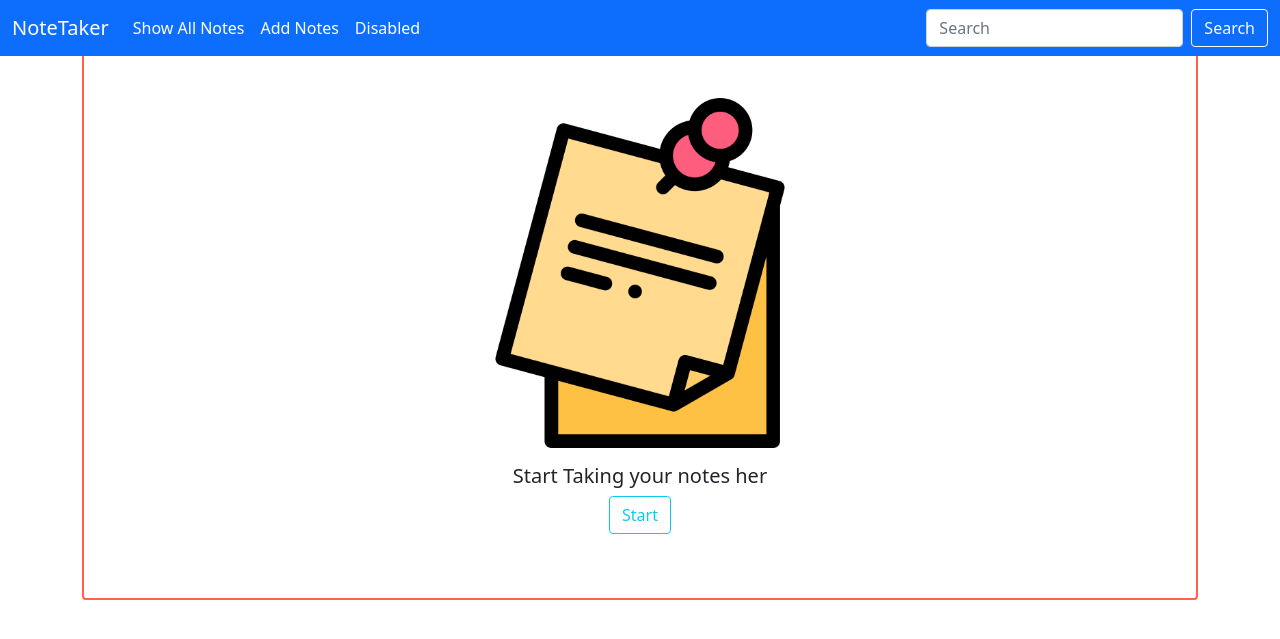
Repository: Shubham-Kumar-cmd/Hibernate
Page: http://localhost/NoteTakerApp/
These files come from the project's save history. The page is drawn as it stood at one moment and after the next save; the edit follows.
The browser window is 1280 px wide. The pictures show the whole page.
The page is served by Tomcat 9.

Above is the page before, as saved 2023-02-08 08:52:16.

After the next save:
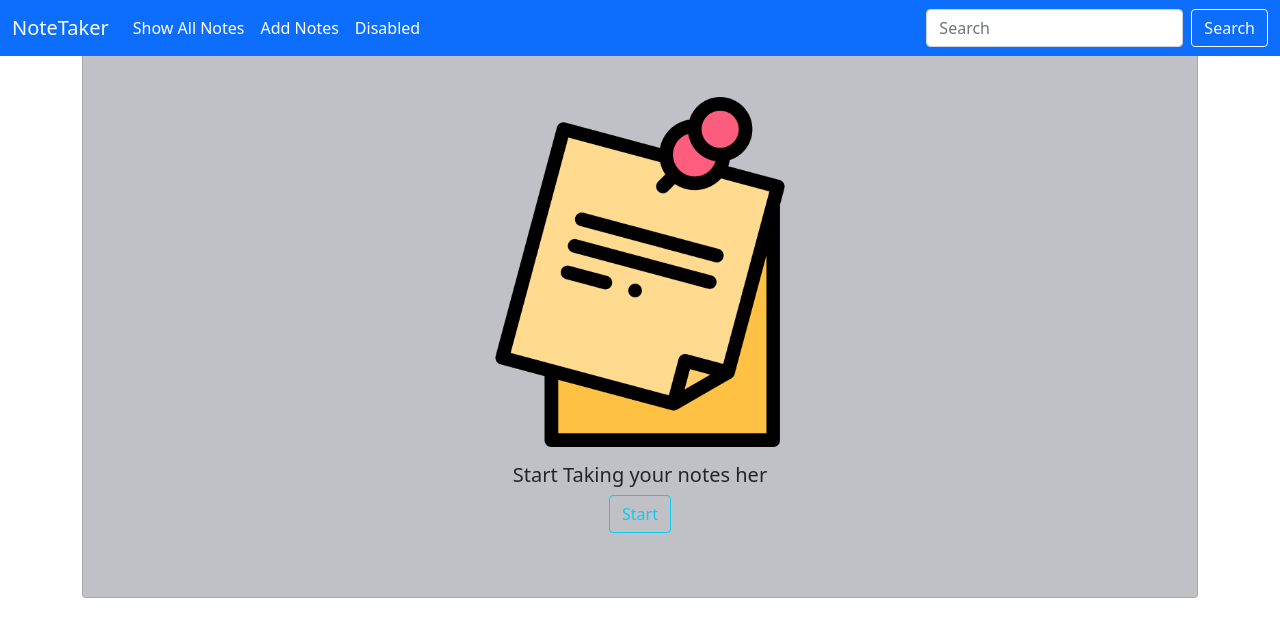
Saved 43 s later.
--- a/NoteTakerApp/src/main/webapp/index.jsp
+++ b/NoteTakerApp/src/main/webapp/index.jsp
@@ -15,7 +15,7 @@
 <body>
 
 	<div class="container text-center">
-		<div class="card my-5 py-5" style="border:2px solid Tomato;">
+		<div class="card my-5 py-5" style="background-color:rgb(192, 193, 199);">
 		  <img src="img/sticky-notes.png" style="max-width: 350px;" class="img-fluid mx-auto" alt="...">
 		  <div class="card-body">
 		    <h5 class="card-title">Start Taking your notes her</h5>
